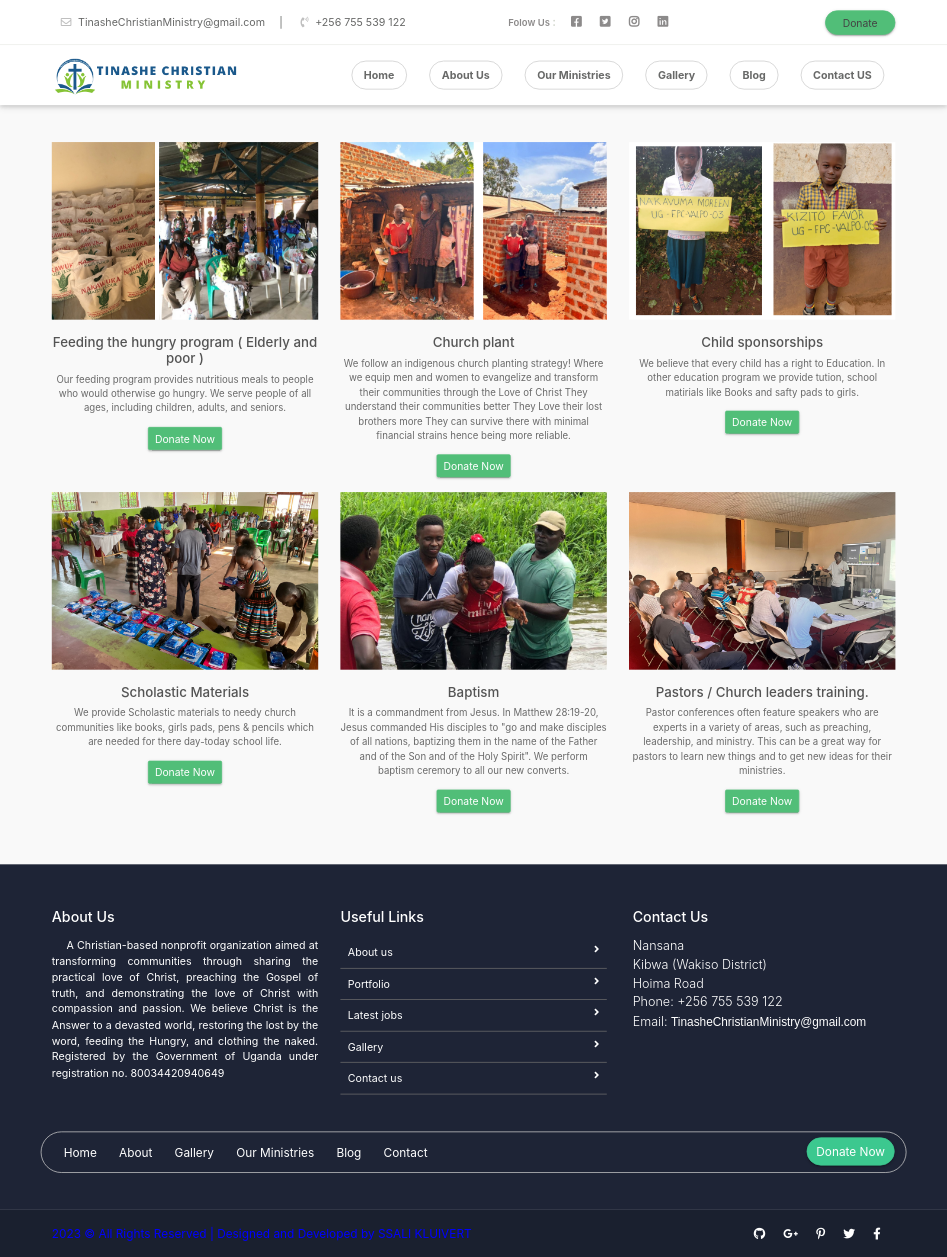
Repository: kluivert-ssali/Zziwa
Page: services.html
These files come from the project's save history. The page is drawn as it stood at one moment and after the next save; the edit follows.
The browser window is 1280 px wide. The pictures show the whole page, at 74% of full size.

Above is the page before, as saved 2023-11-24 23:41:20.

### services.html
<!DOCTYPE html>
<html lang="en">
  <head>
    <meta charset="utf-8" />
    <link
      rel="shortcut icon"
      type="x-icon"
      sizes="64x64"
      href="./Logo/ziwaWEB2.0.svg"
    />
    <meta
      name="viewport"
      content="width=device-width, initial-scale=1, shrink-to-fit=no"
    />
    <title>TinasheChristianMinistry</title>
    <link
      rel="shortcut icon"
      href="assets/images/fav.png"
      type="image/x-icon"
    />
    <link
      href="https://fonts.googleapis.com/css2?family=Ubuntu:wght@400;500&display=swap"
      rel="stylesheet"
    />
    <link rel="shortcut icon" href="assets/images/fav.jpg" />
    <link rel="stylesheet" href="assets/css/bootstrap.min.css" />
    <link rel="stylesheet" href="assets/css/all.min.css" />
    <link rel="stylesheet" href="assets/css/animate.css" />
    <link
      rel="stylesheet"
      href="assets/plugins/slider/css/owl.carousel.min.css"
    />
    <link
      rel="stylesheet"
      href="assets/plugins/slider/css/owl.theme.default.css"
    />
    <link rel="stylesheet" type="text/css" href="assets/css/style.css" />
  </head>

  <body>
    <header class="continer-fluid">
      <div class="header-top">
        <div class="container">
          <div class="row col-det">
            <div class="col-lg-6 d-none d-lg-block">
              <ul class="ulleft">
                <li>
                  <i class="far fa-envelope"></i>
                  TinasheChristianMinistry@gmail.com
                  <span>|</span>
                </li>
                <li>
                  <i class="fas fa-phone-volume"></i>
                  +256 755 539 122
                </li>
              </ul>
            </div>
            <div class="col-lg-3 col-md-6 folouws">
              <ul class="ulright">
                <li><small>Folow Us </small>:</li>
                <li>
                  <i class="fab fa-facebook-square"></i>
                </li>
                <li>
                  <i class="fab fa-twitter-square"></i>
                </li>
                <li>
                  <i class="fab fa-instagram"></i>
                </li>
                <li>
                  <i class="fab fa-linkedin"></i>
                </li>
              </ul>
            </div>
            <div class="col-lg-3 d-none d-md-block col-md-6 btn-bhed">
              <button class="btn btn-sm btn-success">
                <a
                  href="https://flutterwave.com/donate/cqvprj4q11oa"
                  target="_blank"
                  >Donate</a
                >
              </button>
            </div>
          </div>
        </div>
      </div>
      <div id="menu-jk" class="header-bottom">
        <div class="container">
          <div class="row nav-row">
            <div class="col-lg-3 col-md-12 logo">
              <a href="index.html">
                <img src="assets/images/TCM.png" alt="" />
                <a data-toggle="collapse" data-target="#menu" href="#menu"
                  ><i class="fas d-block d-lg-none small-menu fa-bars"></i
                ></a>
              </a>
            </div>
            <div id="menu" class="col-lg-9 col-md-12 d-none d-lg-block nav-col">
              <ul class="navbad">
                <li class="nav-item active">
                  <a class="nav-link" href="index.html">Home </a>
                </li>
                <li class="nav-item">
                  <a class="nav-link" href="about_us.html">About Us</a>
                </li>
                <li class="nav-item">
                  <a class="nav-link" href="services.html">Our Ministries</a>
                </li>

                <li class="nav-item">
                  <a class="nav-link" href="gallery.html">Gallery</a>
                </li>

                <li class="nav-item">
                  <a class="nav-link" href="blog.html">Blog</a>
                </li>
                <li class="nav-item">
                  <a class="nav-link" href="contact_us.html">Contact US</a>
                </li>
              </ul>
            </div>
          </div>
        </div>
      </div>
    </header>

    <!--  ************************* Page Title Starts Here ************************** -->

    <!-- ################# Events Start Here#######################--->
    <section class="events">
      <div class="container">
        <div class="event-ro row">
          <div class="col-md-4 col-sm-6">
            <div class="event-box">
              <img src="assets/images/events/Feeding.png" alt="" />
              <h4>Feeding the hungry program ( Elderly and poor )</h4>

              <p class="desic">
                Our feeding program provides nutritious meals to people who
                would otherwise go hungry. We serve people of all ages,
                including children, adults, and seniors.
              </p>
              <a
                href="https://flutterwave.com/donate/cqvprj4q11oa"
                target="_blank"
              >
                <button class="btn btn-success btn-sm">Donate Now</button>
              </a>
            </div>
          </div>
          <div class="col-md-4 col-sm-6">
            <div class="event-box">
              <img src="assets/images/events/House2.png" alt="" />
              <h4>Church plant</h4>
              <p class="desic">
                We follow an indigenous church planting strategy! Where we equip
                men and women to evangelize and transform their communities
                through the Love of Christ They understand their communities
                better They Love their lost brothers more They can survive there
                with minimal financial strains hence being more reliable.
              </p>
              <a
                href="https://flutterwave.com/donate/cqvprj4q11oa"
                target="_blank"
              >
                <button class="btn btn-success btn-sm">Donate Now</button>
              </a>
            </div>
          </div>
          <div class="col-md-4 col-sm-6">
            <div class="event-box">
              <img src="assets/images/events/school.png" alt="" />
              <h4>Child sponsorships</h4>
              <p class="desic">
                We believe that every child has a right to Education. In other
                education program we provide tution, school matirials like Books
                and safty pads to girls.
              </p>
              <a
                href="https://flutterwave.com/donate/cqvprj4q11oa"
                target="_blank"
              >
                <button class="btn btn-success btn-sm">Donate Now</button>
              </a>
            </div>
          </div>
          <div class="col-md-4 col-sm-6">
            <div class="event-box">
              <img src="assets/images/events/payer1.png" alt="" />
              <h4>Scholastic Materials</h4>
              <p class="desic">
                We provide Scholastic materials to needy church communities like
                books, girls pads, pens & pencils which are needed for there
                day-today school life.
              </p>
              <a
                href="https://flutterwave.com/donate/cqvprj4q11oa"
                target="_blank"
              >
                <button class="btn btn-success btn-sm">Donate Now</button>
              </a>
            </div>
          </div>
          <div class="col-md-4 col-sm-6">
            <div class="event-box">
              <img src="assets/images/events/bath.png" alt="" />
              <h4>Baptism</h4>
              <p class="desic">
                It is a commandment from Jesus. In Matthew 28:19-20, Jesus
                commanded His disciples to "go and make disciples of all
                nations, baptizing them in the name of the Father and of the Son
                and of the Holy Spirit". We perform baptism ceremory to all our
                new converts.
              </p>
              <a
                href="https://flutterwave.com/donate/cqvprj4q11oa"
                target="_blank"
              >
                <button class="btn btn-success btn-sm">Donate Now</button>
              </a>
            </div>
          </div>
          <div class="col-md-4 col-sm-6">
            <div class="event-box">
              <img src="assets/images/events/teaching.png" alt="" />
              <h4>Pastors / Church leaders training.</h4>
              <p class="desic">
                Pastor conferences often feature speakers who are experts in a
                variety of areas, such as preaching, leadership, and ministry.
                This can be a great way for pastors to learn new things and to
                get new ideas for their ministries.
              </p>
              <a
                href="https://flutterwave.com/donate/cqvprj4q11oa"
                target="_blank"
              >
                <button class="btn btn-success btn-sm">Donate Now</button>
              </a>
            </div>
          </div>
        </div>
      </div>
    </section>

    <!--  ************************* Footer Starts Here ************************** -->

    <footer class="footer">
      <div class="container">
        <div class="row">
          <div class="col-md-4 col-sm-12">
            <h2>About Us</h2>
            <p>
              A Christian-based nonprofit organization aimed at transforming
              communities through sharing the practical love of Christ,
              preaching the Gospel of truth, and demonstrating the love of
              Christ with compassion and passion. We believe Christ is the
              Answer to a devasted world, restoring the lost by the word,
              feeding the Hungry, and clothing the naked. Registered by the
              Government of Uganda under registration no. 80034420940649
            </p>
            <p></p>
          </div>
          <div class="col-md-4 col-sm-12">
            <h2>Useful Links</h2>
            <ul class="list-unstyled link-list">
              <li>
                <a ui-sref="about" href="#/about">About us</a
                ><i class="fa fa-angle-right"></i>
              </li>
              <li>
                <a ui-sref="portfolio" href="#/portfolio">Portfolio</a
                ><i class="fa fa-angle-right"></i>
              </li>
              <li>
                <a ui-sref="products" href="#/products">Latest jobs</a
                ><i class="fa fa-angle-right"></i>
              </li>
              <li>
                <a ui-sref="gallery" href="#/gallery">Gallery</a
                ><i class="fa fa-angle-right"></i>
              </li>
              <li>
                <a ui-sref="contact" href="#/contact">Contact us</a
                ><i class="fa fa-angle-right"></i>
              </li>
            </ul>
          </div>
          <div class="col-md-4 col-sm-12 map-img">
            <h2>Contact Us</h2>
            <address class="md-margin-bottom-40">
              Nansana <br />
              Kibwa (Wakiso District) <br />
              Hoima Road <br />
              Phone: +256 755 539 122 <br />
              Email:
              <a href="TinasheChristianMinistry@gmail.com " class=""
                >TinasheChristianMinistry@gmail.com </a
              ><br />
            </address>
          </div>
        </div>

        <div class="nav-box row clearfix">
          <div class="inner col-md-9 clearfix">
            <ul class="footer-nav clearfix">
              <li><a href="#">Home</a></li>
              <li><a href="#">About</a></li>
              <li><a href="#">Gallery</a></li>
              <li><a href="#">Our Ministries</a></li>
              <li><a href="#">Blog</a></li>
              <li><a href="#">Contact</a></li>
            </ul>
          </div>
          <div class="donate-link col-md-3">
            <a
              href="https://flutterwave.com/donate/cqvprj4q11oa"
              target="blank"
              class="btn btn-primary"
              ><span class="btn-title">Donate Now</span></a
            >
          </div>
        </div>
      </div>
    </footer>
    <div class="copy">
      <div class="container">
        <a
          href="https://kluivertssali.netlify.app"
          target="_blank"
          style="color: blue"
          >2023 &copy; All Rights Reserved | Designed and Developed by SSALI
          KLUIVERT</a
        >

        <span>
          <a><i class="fab fa-github"></i></a>
          <a><i class="fab fa-google-plus-g"></i></a>
          <a><i class="fab fa-pinterest-p"></i></a>
          <a><i class="fab fa-twitter"></i></a>
          <a><i class="fab fa-facebook-f"></i></a>
        </span>
      </div>
    </div>
  </body>

  <script src="assets/js/jquery-3.2.1.min.js"></script>
  <script src="assets/js/popper.min.js"></script>
  <script src="assets/js/bootstrap.min.js"></script>
  <script src="assets/plugins/scroll-fixed/jquery-scrolltofixed-min.js"></script>
  <script src="assets/plugins/slider/js/owl.carousel.min.js"></script>
  <script src="assets/js/script.js"></script>
</html>

Loaded but not shown: assets/css/bootstrap.min.css (library); assets/css/all.min.css (library); assets/css/animate.css (library); assets/plugins/slider/css/owl.carousel.min.css (library); assets/plugins/slider/css/owl.theme.default.css (common file); assets/js/jquery-3.2.1.min.js (library); assets/js/popper.min.js (library); assets/js/bootstrap.min.js (library); assets/plugins/scroll-fixed/jquery-scrolltofixed-min.js (library); assets/plugins/slider/js/owl.carousel.min.js (library); assets/js/script.js (69 lines, source omitted); assets/css/style.css (795 lines, source omitted)

After the next save:
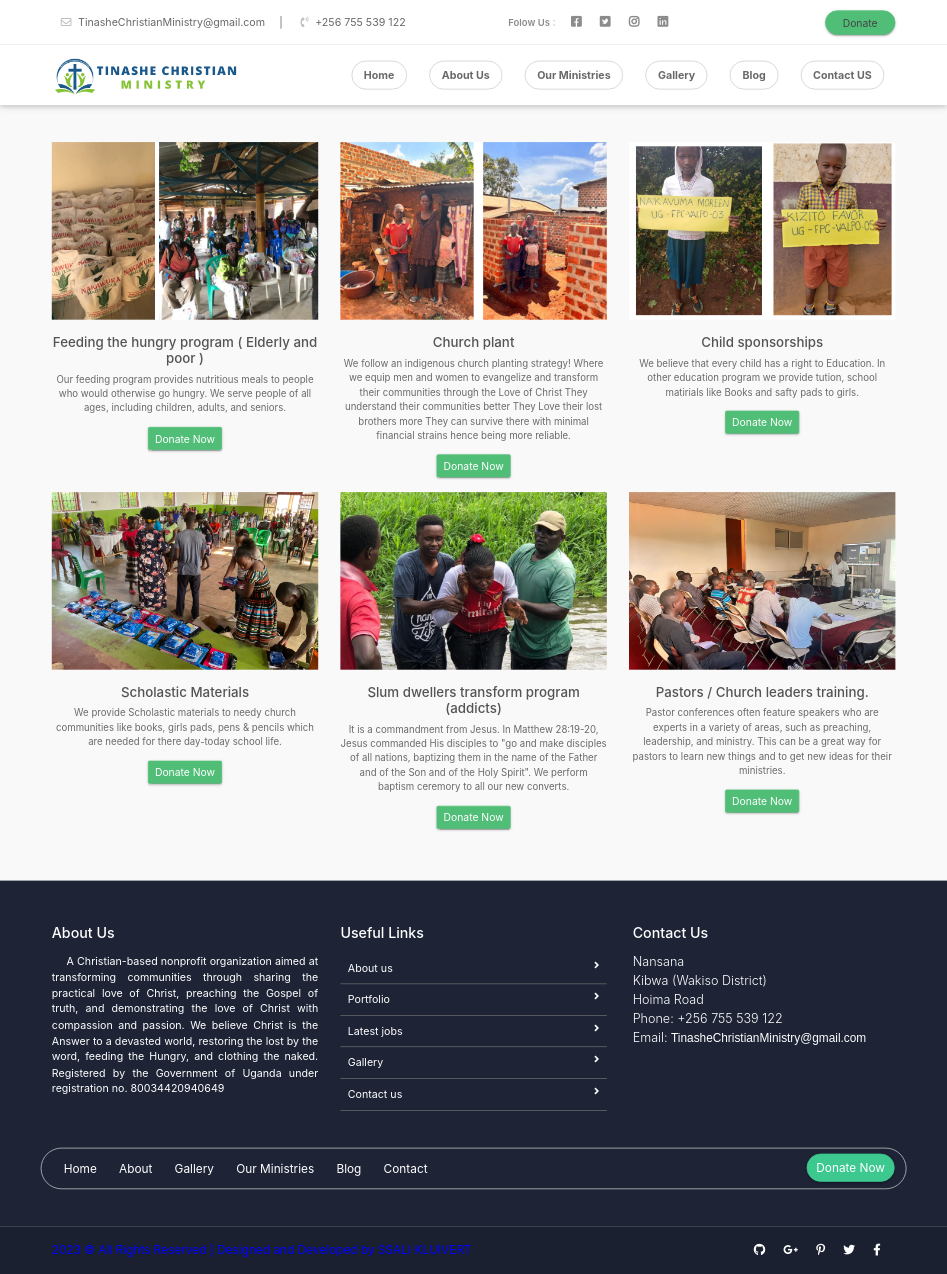
Saved 69 s later.
--- a/services.html
+++ b/services.html
@@ -204,7 +204,7 @@
           <div class="col-md-4 col-sm-6">
             <div class="event-box">
               <img src="assets/images/events/bath.png" alt="" />
-              <h4>Baptism</h4>
+              <h4>Slum dwellers transform program (addicts)</h4>
               <p class="desic">
                 It is a commandment from Jesus. In Matthew 28:19-20, Jesus
                 commanded His disciples to "go and make disciples of all
